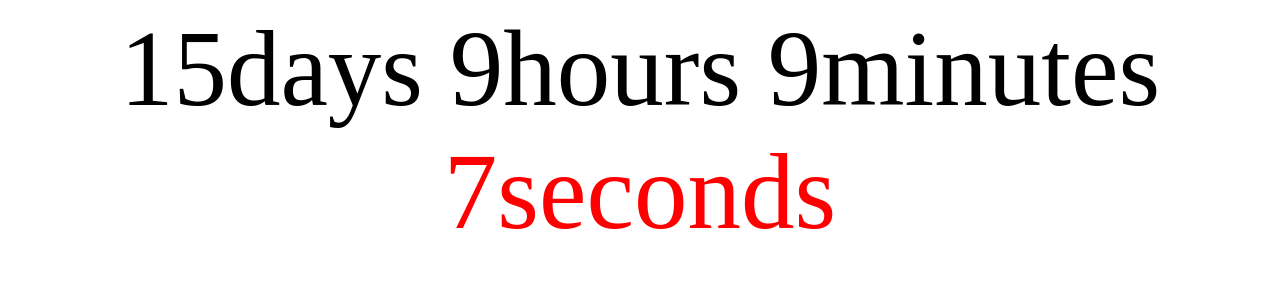
Repository: sinarinzifabrice/Events
Page: index.html
An editor plug-in stored every save of this project. The page is shown before and after the next save, followed by the edit.
The browser window is 1280 px wide. The pictures show the whole page.

Above is the page before, as saved 2024-05-16 09:46:06.

### index.html
<!DOCTYPE html>
<html lang="en">
<head>
  <meta charset="UTF-8">
  <meta name="viewport" content="width=device-width, initial-scale=1.0">
  <title>Countdown Timer</title>
  <style>
    #countdown {
      font-size: 107px;
      text-align: center;
    }
    .red {
      color: red;
    }
  </style>
</head>
<body>


   <div id="countdown"></div>



<script>
  // Set the date we're counting down to
  var countDownDate = new Date("May 29, 2024 19:00:00").getTime();

  // Update the countdown every 1 second
  var x = setInterval(function() {

    // Get the current date and time
    var now = new Date().getTime();

    // Calculate the remaining time
    var distance = countDownDate - now;

    // Calculate days, hours, minutes and seconds
    var days = Math.floor(distance / (1000 * 60 * 60 * 24));
    var hours = Math.floor((distance % (1000 * 60 * 60 * 24)) / (1000 * 60 * 60));
    var minutes = Math.floor((distance % (1000 * 60 * 60)) / (1000 * 60));
    var seconds = Math.floor((distance % (1000 * 60)) / 1000);

    // Display the countdown
    document.getElementById("countdown").innerHTML = days + "days " + hours + "hours "
    + minutes + "minutes <span class='red'>" + seconds + "seconds</span>";

    // If the countdown is over, display a message
    if (distance < 0) {
      clearInterval(x);
      document.getElementById("countdown").innerHTML = "EXPIRED";
    }
  }, 1000);
</script>

</body>
</html>

After the next save:
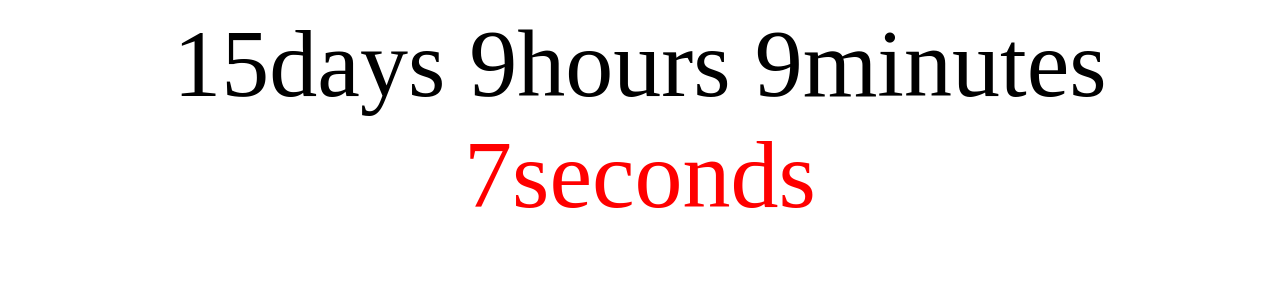
Saved 64 s later.
--- a/index.html
+++ b/index.html
@@ -6,7 +6,7 @@
   <title>Countdown Timer</title>
   <style>
     #countdown {
-      font-size: 107px;
+      font-size: 6em;
       text-align: center;
     }
     .red {
